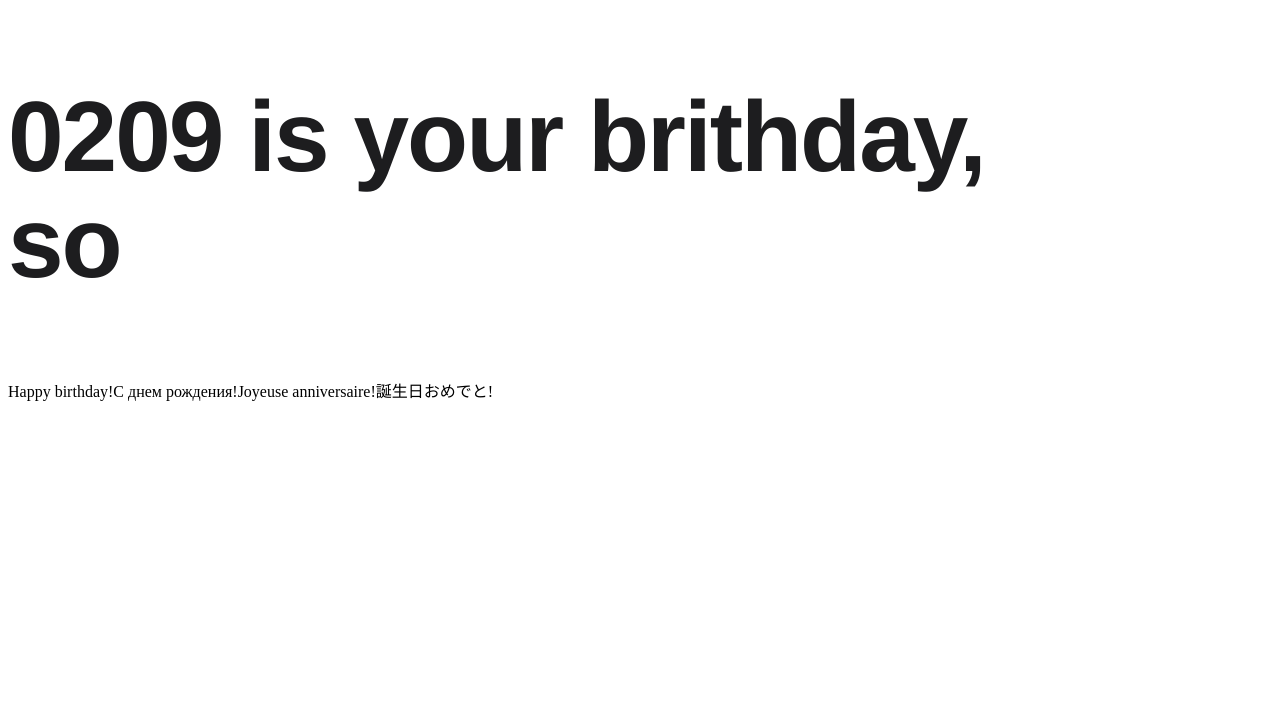
Repository: Caococos/02-09
Page: /
An editor plug-in stored every save of this project. The page is shown before and after a run of saves, followed by the edit.
The browser window is 1280 px wide. The pictures show the whole page.
The project was rebuilt for these pictures with package versions that can differ from the ones it lists, and the page was loaded fresh each time. Also part of the build but not shown: vue.config.js.

Above is the page before, as saved 2021-06-11 21:46:52.

After the next 2 saves:
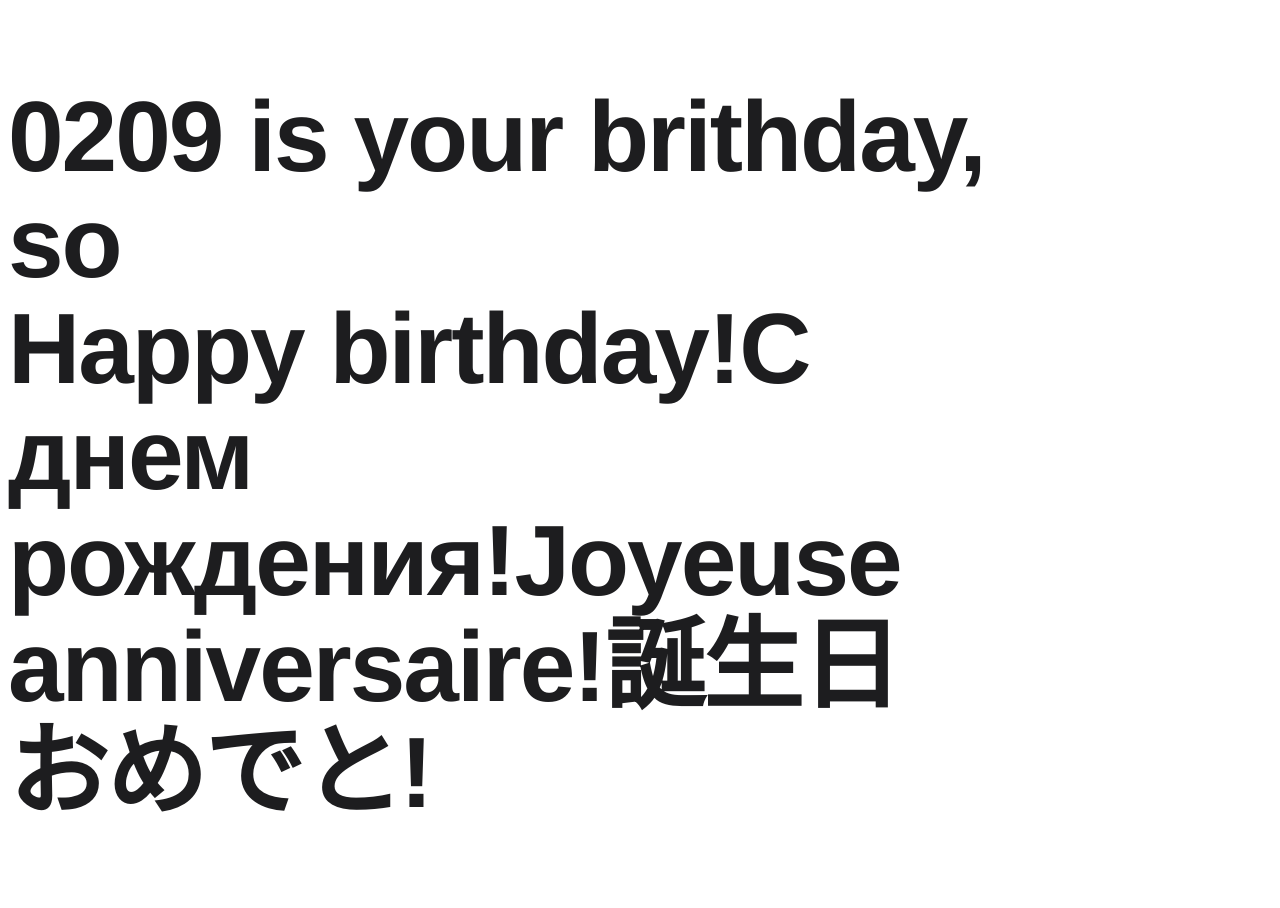
The 2 saves are shown as one change because they came seconds apart.
The last was saved 58 s later.
--- a/src/views/home/Home.vue
+++ b/src/views/home/Home.vue
@@ -1,10 +1,13 @@
 <template>
   <div class="home">
-    <h2>0209 is your brithday, so</h2>
-    <span>Happy birthday!</span>
-    <span>С днем рождения!</span>
-    <span>Joyeuse anniversaire!</span>
-    <span>誕生日おめでと!</span>
+    <h2>0209 is your brithday, so
+      <div class="mark">
+        <span>Happy birthday!</span>
+        <span>С днем рождения!</span>
+        <span>Joyeuse anniversaire!</span>
+        <span>誕生日おめでと!</span>
+      </div>
+    </h2>
   </div>
 </template>
 

After the save that followed:
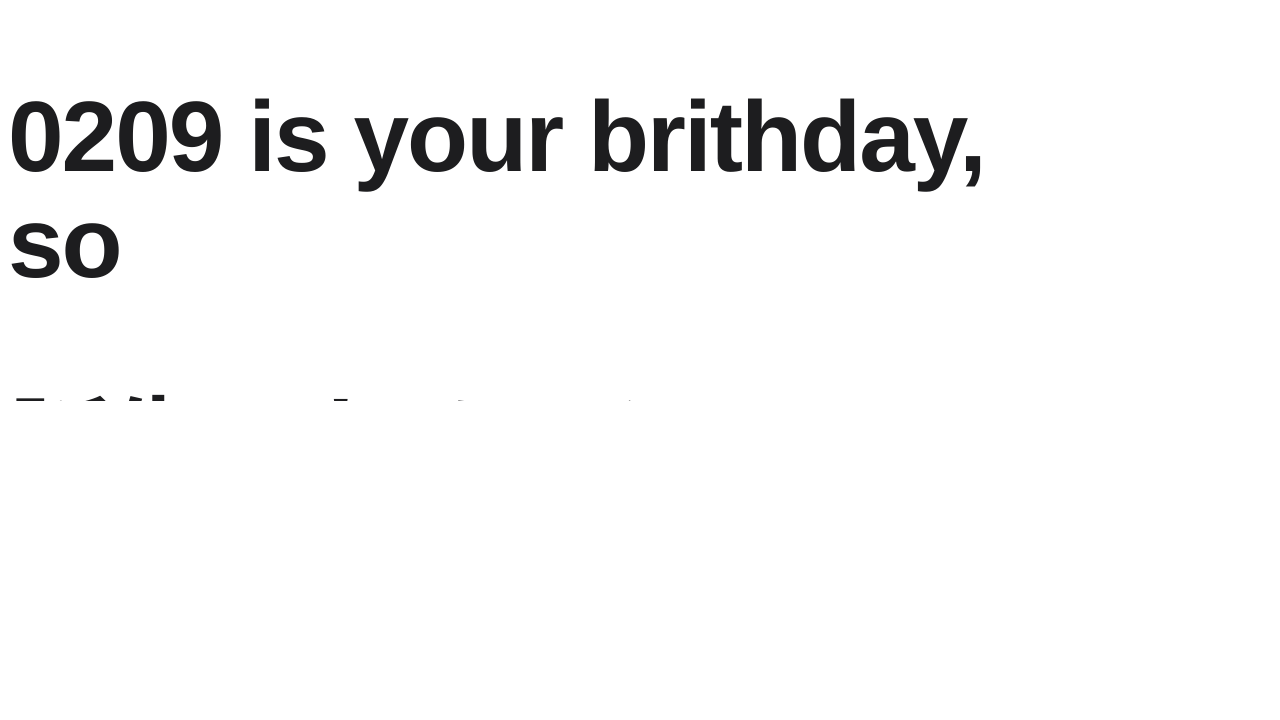
Saved 2 min 5 s later.
--- a/src/views/home/Home.vue
+++ b/src/views/home/Home.vue
@@ -1,7 +1,7 @@
 <template>
   <div class="home">
     <h2>0209 is your brithday, so
-      <div class="mark">
+      <div class="mask">
         <span>Happy birthday!</span>
         <span>С днем рождения!</span>
         <span>Joyeuse anniversaire!</span>
@@ -26,4 +26,17 @@
   letter-spacing: -0.02em;
   color: #1d1d1f;
 }
+
+.mask {
+  height: 106px;
+  position: relative;
+  overflow: hidden;
+}
+
+.mask span {
+  display: block;
+  box-sizing: border-box;
+  position: absolute;
+  top: 100px;
+}
 </style>
